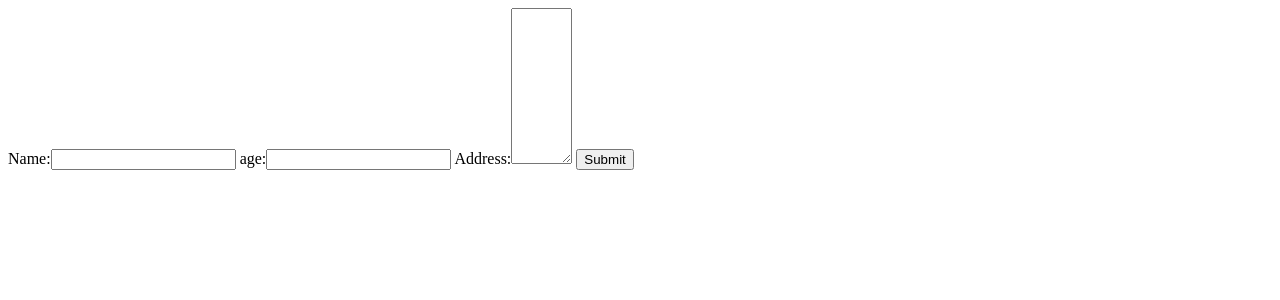
Repository: enrn/cyberCheck
Page: myFirstWebProject/WebContent/myForm.html
These files come from the project's save history. The page is drawn as it stood at one moment and after the next save; the edit follows.
The browser window is 1280 px wide. The pictures show the whole page.

Above is the page before, as saved 2017-09-22 21:49:16.

### myFirstWebProject/WebContent/myForm.html
<!DOCTYPE html>
<html>
<head>
<meta charset="UTF-8">
<title>Insert title here</title>
</head>
<body>


<form action="/myFirstWebProject/ShowServletParam" method="get">
	Name:<input type="text" name="firstName">
	age:<input type="text" name="age">
	Address:<textarea rows="10" cols="5" name="address"></textarea>


<input type="submit">

</form>
</body>
</html>

After the next save:
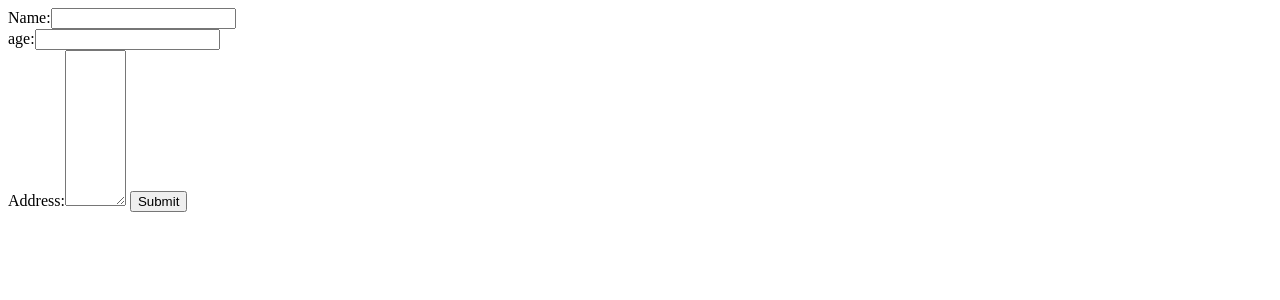
Saved 33 s later.
--- a/myFirstWebProject/WebContent/myForm.html
+++ b/myFirstWebProject/WebContent/myForm.html
@@ -8,8 +8,8 @@
 
 
 <form action="/myFirstWebProject/ShowServletParam" method="get">
-	Name:<input type="text" name="firstName">
-	age:<input type="text" name="age">
+	Name:<input type="text" name="firstName"><br>
+	age:<input type="text" name="age"><br>
 	Address:<textarea rows="10" cols="5" name="address"></textarea>
 
 
